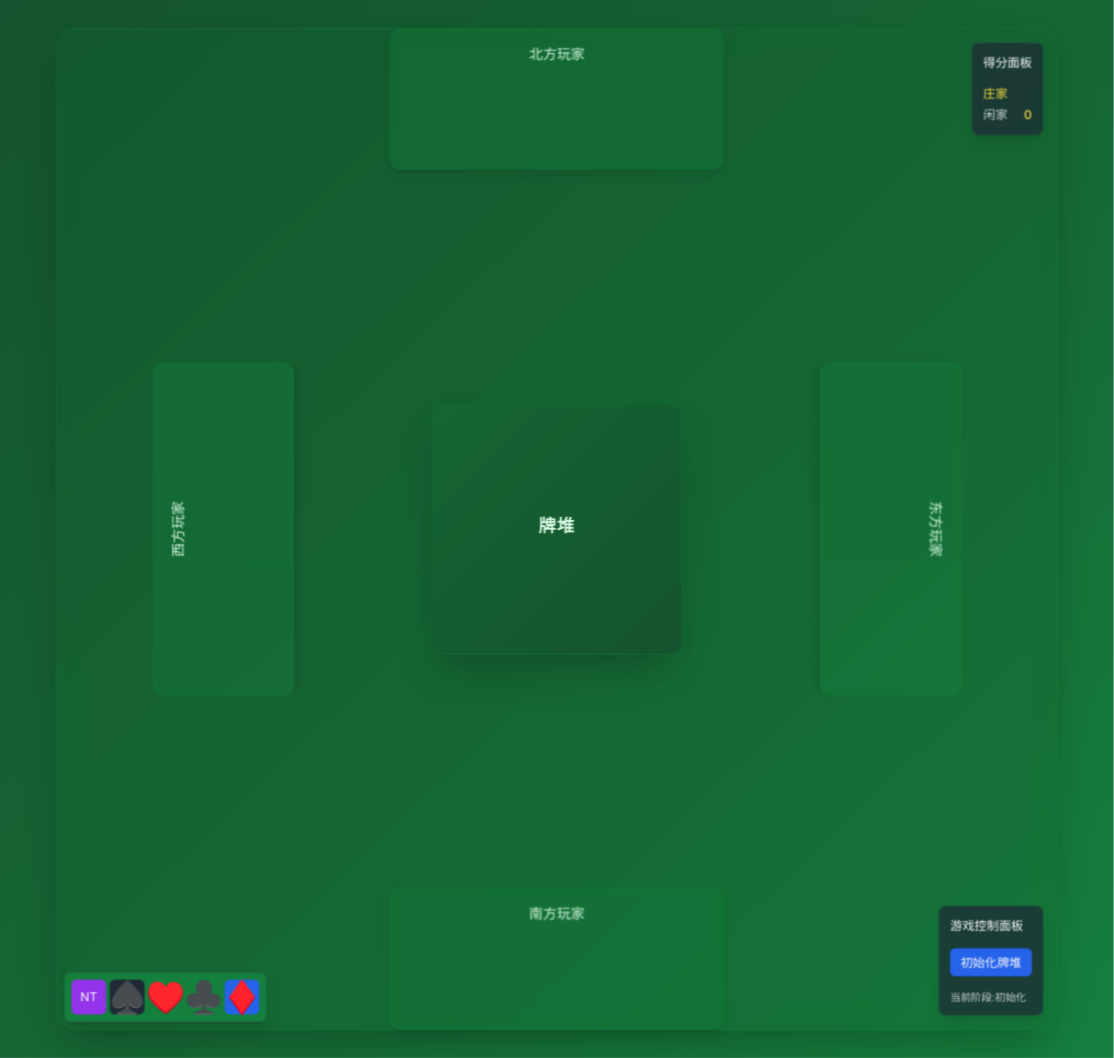
Repository: laofansay/Tractor80
Page: /
These files come from the project's save history. The page is drawn as it stood at one moment and after the next save; the edit follows.
The browser window is 1280 px wide. The pictures show the whole page, at 87% of full size.
The project was rebuilt for these pictures with package versions that can differ from the ones it lists, and the page was loaded fresh each time. The framework's server and built-in components were replaced by stand-ins that run in the browser. Also part of the build but not shown: next.config.js, app/components/Card.tsx.

Above is the page before, as saved 2025-03-09 00:25:34.

After the next save:
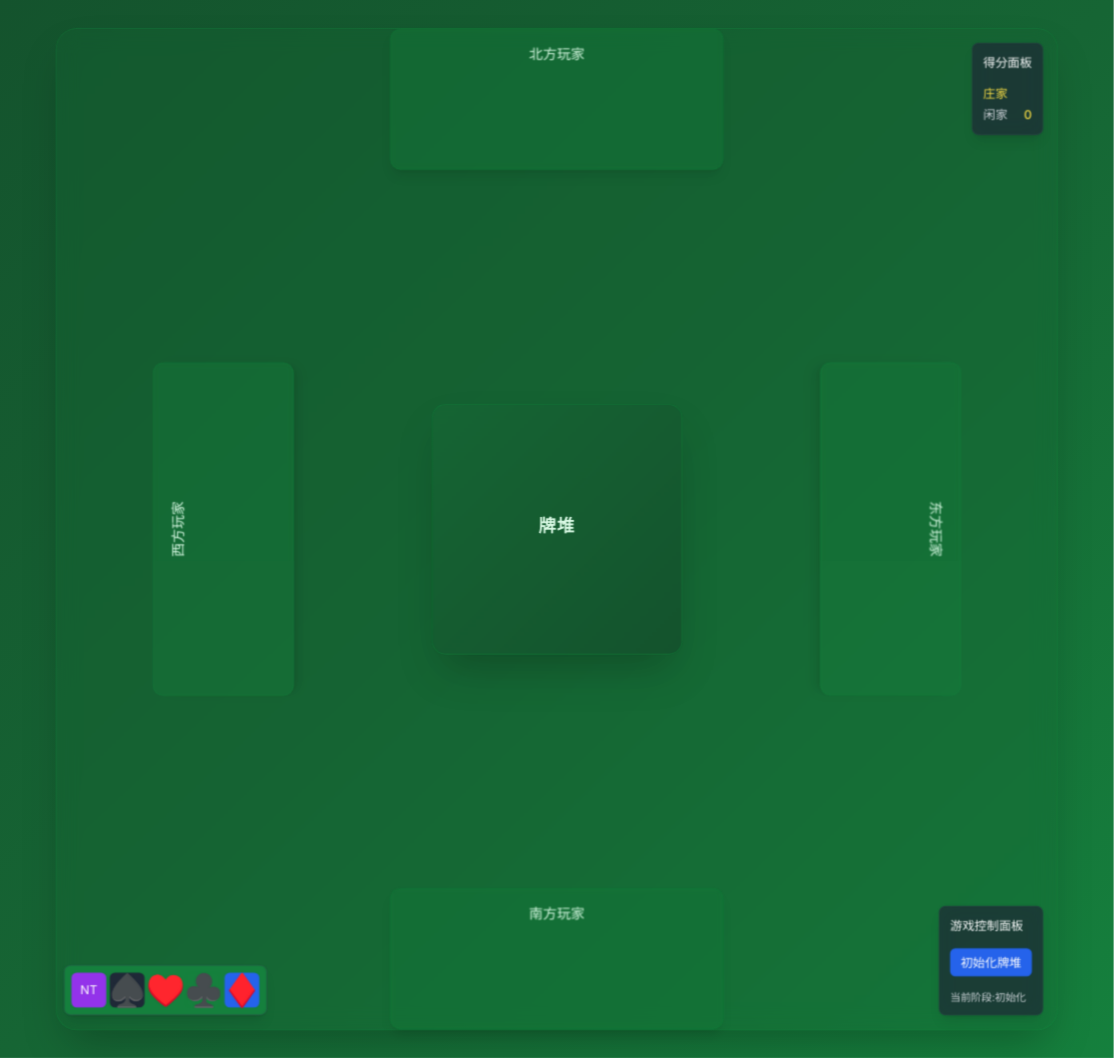
Saved 13 s later.
--- a/app/components/TrumpSelectionPanel.tsx
+++ b/app/components/TrumpSelectionPanel.tsx
@@ -14,7 +14,7 @@ export function TrumpSelectionPanel({ onSelectTrump, gamePhase }: TrumpSelection
   }
 
   return (
-    <div className="absolute bottom-2 left-2 p-2 bg-green-700 hover:bg-green-600 rounded-lg backdrop-blur-md border border-gray-700/50 shadow-lg">
+    <div className="absolute bottom-4 left-2 p-2 bg-green-700 hover:bg-green-600 rounded-lg backdrop-blur-md border border-gray-700/50 shadow-lg">
       <div className="flex flex-row gap-1">
         <button
           onClick={() => onSelectTrump(null)}
